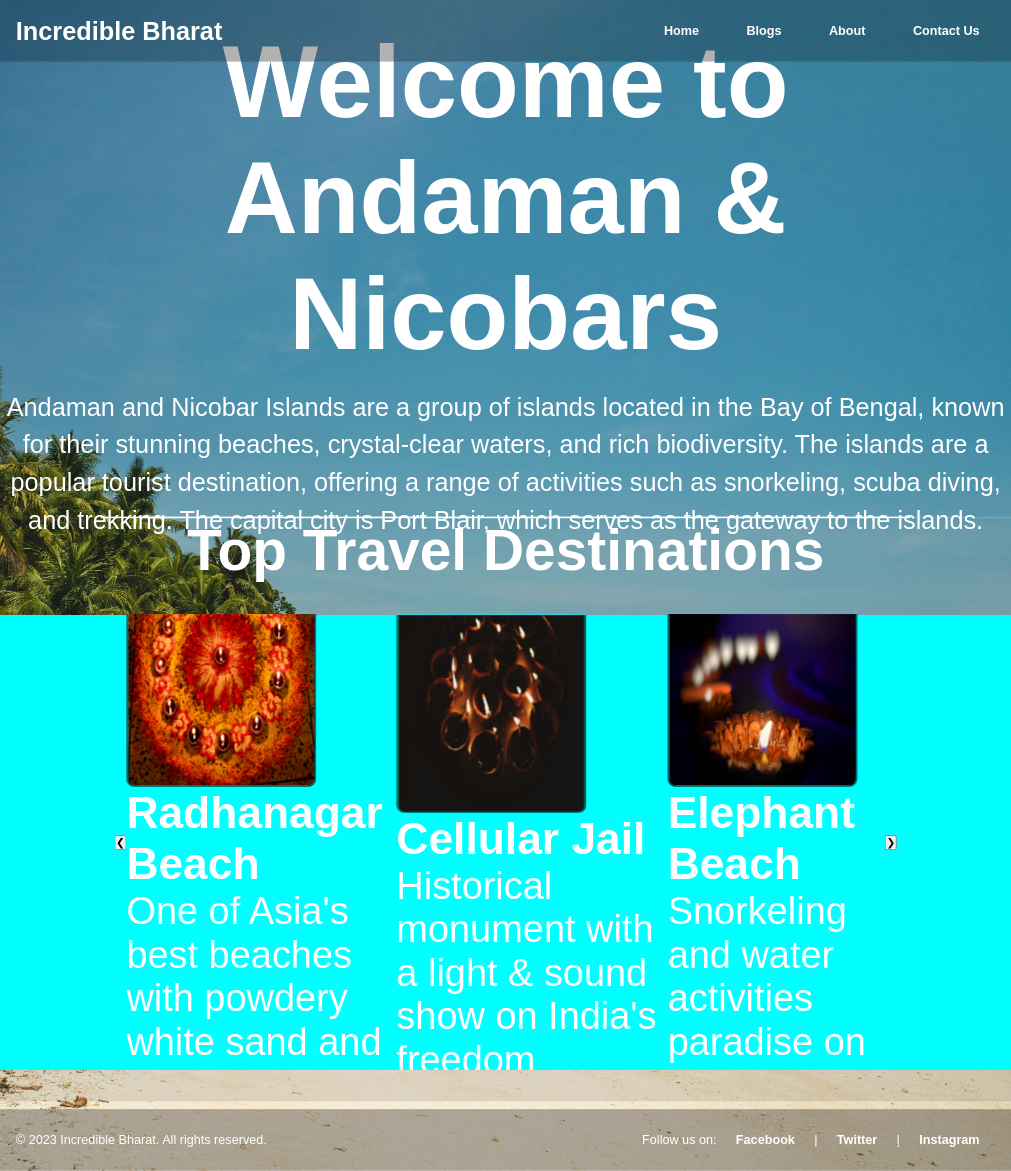
Repository: jaidhiman111/incrediblebharat
Page: destinations/Andaman-Nicobar/Andaman&Nicobar.html
These files come from the project's save history. The page is drawn as it stood at one moment and after the next save; the edit follows.
The browser window is 1280 px wide. The pictures show the whole page, at 79% of full size.

Above is the page before, as saved 2025-05-01 22:38:42.

### destinations/Andaman-Nicobar/Andaman&Nicobar.html
<!DOCTYPE html>
<html lang="en">

<head>
    <meta charset="UTF-8">
    <link rel="stylesheet" href="/assets/style.css">
    <meta name="viewport" content="width=device-width, initial-scale=1.0">
    <title>Document</title>
</head>

<body class="andaman-nicobar">
    <!-- This is the header of the page. -->
    <header class="header">
        <div class="logo">
            <h1>Incredible Bharat</h1>
        </div>
        <div class="nav">
            <nav>
                <ul>
                    <li>
                        <a href="/index.html">Home</a>
                        <a href="#">Blogs</a>
                        <a href="#">About</a>
                        <a href="#">Contact Us</a>
                    </li>
                </ul>
            </nav>
        </div>
    </header>
    <!-- This is the main content of the page. -->
    <main class="main-container">
        <section class="hero-section">
            <h2>Welcome to Andaman & Nicobars</h2>
            <p>Andaman and Nicobar Islands are a group of islands located in the Bay of Bengal, known for their stunning
                beaches, crystal-clear waters, and rich biodiversity. The islands are a popular tourist destination,
                offering a range of activities such as snorkeling, scuba diving, and trekking. The capital city is Port
                Blair, which serves as the gateway to the islands.</p>
        </section>
        <hr>
        <section id="travel-slider">
            <h2>Top Travel Destinations</h2>
            <div class="slider-container">
              <button class="slide-btn left" onclick="slideLeft('travel')">&#10094;</button>

              <div class="slider">
                <div class="card">
                  <img class ="card-image" src="/media/diwali.jpg" alt="Radhanagar Beach">
                  <h3>Radhanagar Beach</h3>
                  <p>One of Asia's best beaches with powdery white sand and turquoise waters.</p>
                </div>
                <div class="card">
                  <img class = "card-image" src="/media/Dipawli.jpg" alt="Cellular Jail">
                  <h3>Cellular Jail</h3>
                  <p>Historical monument with a light & sound show on India's freedom struggle.</p>
                </div>
                <div class="card">
                  <img class = "card-image" src="/media/Deepak.jpg" alt="Elephant Beach">
                  <h3>Elephant Beach</h3>
                  <p>Snorkeling and water activities paradise on Havelock Island.</p>
                </div>
                <!-- Add more slides here -->
              </div>

              <button class="slide-btn right" onclick="slideRight('travel')">&#10095;</button>
            </div>
          </section>
    </main>
    <!-- This is the footer of the page. -->
    <footer class="footer">
        <div>
            <p>&copy; 2023 Incredible Bharat. All rights reserved.</p>
        </div>
        <div>
            <p>Follow us on:
                <a href="#">Facebook</a> |
                <a href="#">Twitter</a> |
                <a href="#">Instagram</a>
        </div>
    </footer>
</body>

</html>

### assets/style.css
* {
    box-sizing: border-box;
    margin: 0;
    padding: 0;
}

.home {
    font-family: Arial, sans-serif;
    background-image: url('/media/bg-cover.jpg');
    background-size: cover;
    background-repeat: no-repeat;
    background-position: center;
    color: #fff;
}

.andaman-nicobar {
    font-family: Arial, sans-serif;
    background-image: url('/media/andaman.jpg');
    background-size: cover;
    background-repeat: no-repeat;
    background-position: center;
    color: #fff;
}


/* This is for header */
.header {
    background-color: rgba(0, 0, 0, 0.3);
    display: flex;
    justify-content: space-between;
    align-items: center;
    padding: 20px;
    position: sticky;
    top: 0;
    text-align: center;
}

li {
    list-style: none;
    display: flex;
    gap: 20px;
}

li a {
    padding: 10px 20px;
    border-radius: 5px;
    text-decoration: none;
    color: #fff;
    font-weight: bold;
}

li a:hover {
    color: #fff;
    transform: scale(1.1);
}

/* This is for section */
section {
    background-color: rgba(0, 0, 0, 0.1);
}

.hero-section {
    display: flex;
    flex-direction: column;
    /* stack items vertically */
    justify-content: center;
    /* center vertically */
    align-items: center;
    /* center horizontally */
    height: 80vh;
    text-align: center;
}

.hero-section h2 {
    font-size: 8rem;
    margin-bottom: 20px;
}

.hero-section p {
    font-size: 2rem;
    margin-bottom: 20px;
    max-width: 100rem;
    /* limit the width of the paragraph */
    line-height: 1.5;
    /* improve readability */
}

.hero-section a {
    text-decoration: none;
    color: #fff;
    font-size: 1.5rem;
    margin-bottom: 20px;
}

.hero-section a:hover {
    color: #fff;
    text-decoration: underline;
    transform: scale(1.1);
    transition: transform 0.3s ease-in-out;
}

hr {
    width: 80%;
    margin: auto;
    border: 1px solid #fff;
}

.state-section {
    display: flex;
    flex-direction: column;
    justify-content: center;
    align-items: center;
    height: 80vh;
    text-align: center;
}

.state-section h2 {
    font-size: 3rem;
    margin-bottom: 20px;
}

.state-button {
    padding: 30px;
    max-width: 100rem;
    margin: 0 auto;
}

.state-button button {
    background-color: rgba(0, 0, 0, 0.4);
    backdrop-filter: blur(5px);
    border: none;
    border-radius: 8px;
    margin: 10px;
    padding: 12px 20px;
    cursor: pointer;
    transition: background-color 0.3s ease;
    font-size: 16px;
    font-weight: 500;
}

.state-button button a {
    color: #ffffff;
    text-decoration: none;
    display: block;
    width: 100%;
    height: 100%;
}

.state-button button:hover {
    background-color: rgba(0, 0, 0, 0.7);
    transform: scale(1.1);
    transition: transform 0.3s ease-in-out;
}

.card-section {
    display: flex;
    flex-wrap: wrap;
    justify-content: center;
    gap: 5rem;
    padding: 30px 20px;
    margin: 20px auto;
    max-width: 100%;
    border-radius: 10px;
}




/* This is for footer */

.footer {
    background-color: rgba(0, 0, 0, 0.3);
    display: flex;
    justify-content: space-between;
    align-items: center;
    padding: 20px;
    position: relative;
    bottom: 0;
    text-align: center;
}

.footer li {
    list-style: none;
    display: flex;
    gap: 20px;
}

.footer a {
    display: inline-block;
    padding: 10px 20px;
    border-radius: 5px;
    text-decoration: none;
    color: #fff;
    font-weight: bold;
}

.footer a:hover {
    color: #fff;
    transform: scale(1.1);

}

/* This is for media queries */
/* --- Andaman & Nicobar Page Enhancements --- */

#travel-slider {
    display: flex;
    flex-direction: column;
    font-size: 3rem;
    margin-bottom: 10px;
    justify-items: center;
    align-items: center;

}

.slider-container {
    display: flex;
    justify-content: center;
    align-items: center;
    background-color:aqua;
    position: relative;
    height: 80vh;
    max-width: 100%;
    overflow: hidden;
    margin: 40px auto;
    padding: 0 40px;
}

.slider {
    display: flex;
    transition: transform 0.5s ease;
    max-width: 80%;
    background-color: aqua;
    margin: 10px, auto;
    padding: auto;
    justify-content: center;
    align-items: center;
}


.slide-btn.left {
    left: 10px;
}

.slide-btn.right {
    right: 10px;
}

.card-image {
    background-color: rgba(0, 0, 0, 0.3);
    backdrop-filter: blur(5px);
    color: #fff;
    border: 2px solid #014d4e;
    border-radius: 10px;
    width: 15rem;
    height: 20rem;
    display: flex;
    align-items: center;
    justify-content: center;
    font-size: 2rem;
    font-weight: bold;
    cursor: pointer;
    transition: transform 0.3s ease, background-color 0.3s ease;
}

.card:hover {
    background-color: rgba(0, 0, 0, 0.3);
    color: #ffffff;
    transform: scale(1.05);
}

After the next save:
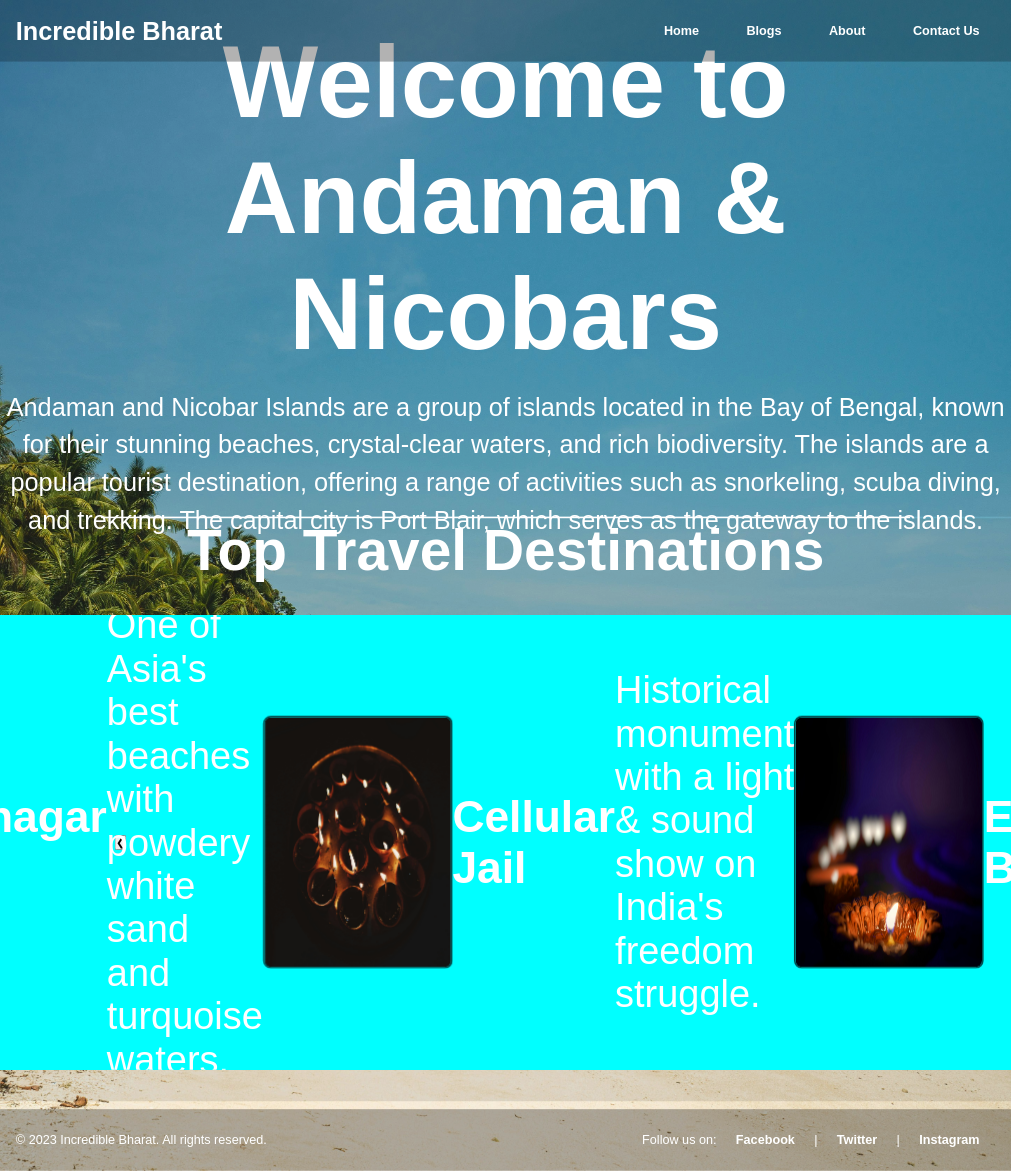
Saved 58 s later.
--- a/assets/style.css
+++ b/assets/style.css
@@ -246,6 +246,12 @@
     right: 10px;
 }
 
+.card {
+    display: flex;
+    justify-content: center;
+    align-items: center;
+}
+
 .card-image {
     background-color: rgba(0, 0, 0, 0.3);
     backdrop-filter: blur(5px);
